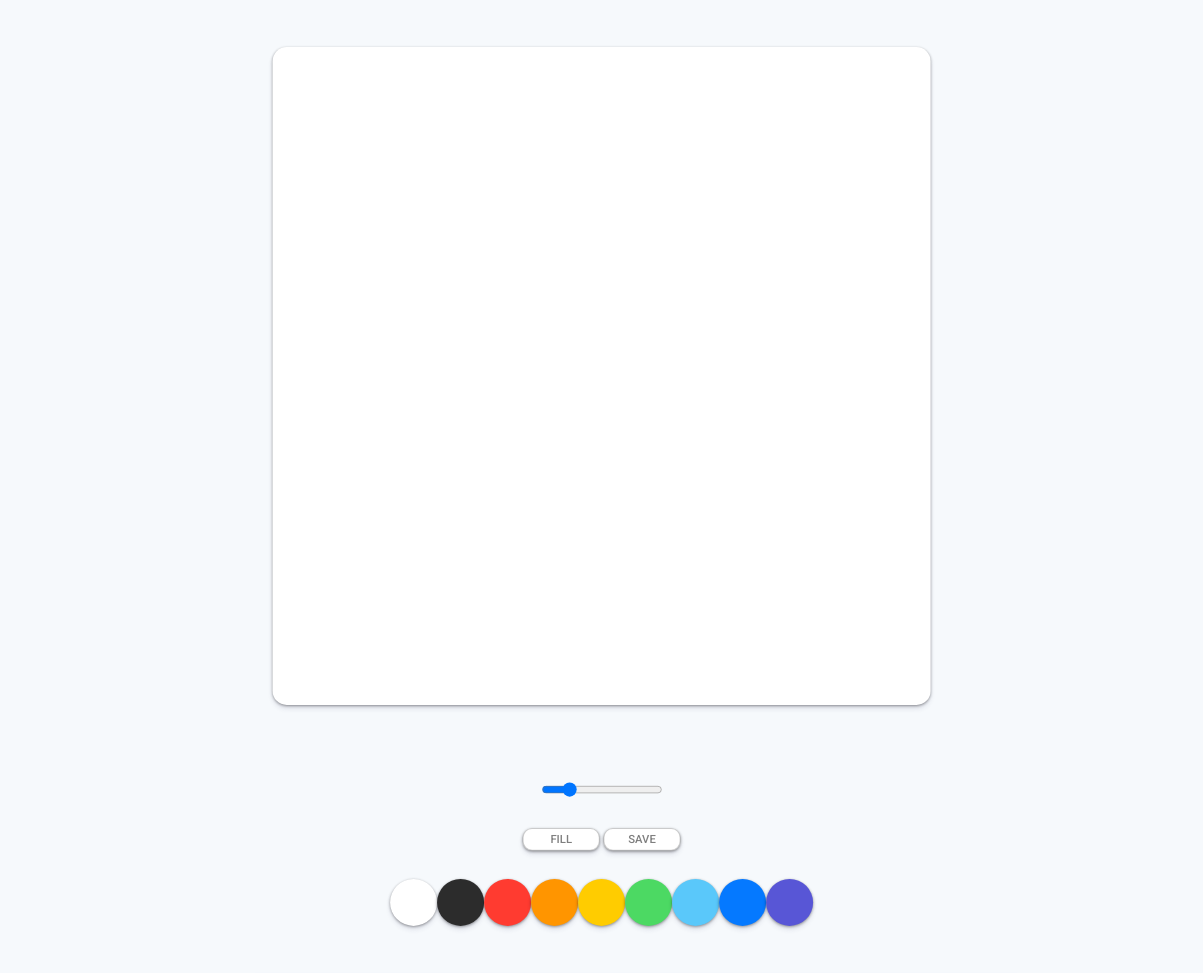
Repository: haleyjung/paintjs
Page: index.html
An editor plug-in stored every save of this project. The page is shown before and after the next save, followed by the edit.
The browser window is 1280 px wide. The pictures show the whole page, at 94% of full size.

Above is the page before, as saved 2020-11-25 23:38:46.

### index.html
<!DOCTYPE html>
<html lang="en">
<head>
    <meta charset="UTF-8">
    <meta name="viewport" content="width=device-width, initial-scale=1.0">
    <link rel="stylesheet" href="style.css" />
    <title>PaintJS</title>
</head>
<body>

    <canvas id="jsCanvas" class="canvas"></canvas>

    <div class="controls">
        <!-- Range Input -->
        <div class="controls__range">
            <input
            type="range"
            id="jsRange"
            min="0.1"
            max="10"
            value="2.5"
            steps="0.1"
            />
        </div>

        <!-- Buttons -->
        <div class="controls__btns">
            <button id="jsMode">Fill</button>
            <button id="jsSave">Save</button>
        </div>

        <!-- Paint -->
        <div class="controls__colors" id="jsColors">
            <div
                class="controls__color jsColor"
                style="background-color:white"
                ></div>
            <div
                class="controls__color jsColor"
                style="background-color:#2c2c2c"
                ></div>
            <div
                class="controls__color jsColor"
                style="background-color:#ff3b30"
                ></div>
            <div
                class="controls__color jsColor"
                style="background-color:#ff9500"
                ></div>
            <div
                class="controls__color jsColor"
                style="background-color:#ffcc00"
                ></div>
            <div
                class="controls__color jsColor"
                style="background-color:#4cd963"
                ></div>
            <div
                class="controls__color jsColor"
                style="background-color:#5ac8fa"
                ></div>
            <div
                class="controls__color jsColor"
                style="background-color:#0579ff"
                ></div>
            <div
                class="controls__color jsColor"
                style="background-color:#5856d6"
                ></div>
        </div>

    </div>

    <script src="app.js"></script>
</body>
</html>

### style.css
@import "reset.css";
@import url("https://fonts.googleapis.com/css2?family=Roboto:wght@300;400;500;700&display=swap");

body {
  background-color: #f6f9fc;
  font-family: "Roboto", sans-serif;
  display: flex;
  flex-direction: column;
  align-items: center;
  padding: 50px 0px;
}

.canvas {
  width: 700px;
  height: 700px;
  background-color: white;
  border-radius: 15px;
  box-shadow: 0 4px 6px rgba(50, 50, 93, 0.11), 0 1px 3px rgba(0, 0, 0, 0.4);
}

.controls {
  margin-top: 80px;
  display: flex;
  flex-direction: column;
  align-items: center;
}

.controls .controls__btns {
  margin-bottom: 30px;
}

.controls__btns button {
  all: unset;
  cursor: pointer;
  background-color: white;
  padding: 5px 0px;
  width: 80px;
  text-align: center;
  border-radius: 10px;
  border: 1px solid rgba(0, 0, 0, 0.2);
  color: rgba(0, 0, 0, 0.5);
  box-shadow: 0 4px 6px rgba(50, 50, 93, 0.11), 0 1px 3px rgba(0, 0, 0, 0.4);
  text-transform: uppercase;
  font-weight: 500;
  font-size: 12px;
}

.controls__btns button:active {
  transform: scale(0.98);
}

.controls .controls__colors {
  display: flex;
}

.controls__colors .controls__color {
  width: 50px;
  height: 50px;
  border-radius: 50%;
  cursor: pointer;
  box-shadow: 0 4px 6px rgba(50, 50, 93, 0.11), 0 1px 3px rgba(0, 0, 0, 0.4);
}

.controls__range {
  margin-bottom: 30px;
}

### app.js
// Detect when mouse is on top of the canvas
const canvas = document.getElementById("jsCanvas");
const ctx = canvas.getContext("2d");
const colors = document.getElementsByClassName("jsColor");
const range = document.getElementById("jsRange");
const mode = document.getElementById("jsMode");

// Give a size to the pixel modifier in addition to css
canvas.width = 700;
canvas.height = 700;

// Set the style of the stroke in canvas
ctx.strokeStyle ="#2c2c2c"
ctx.lineWidth=2.5;

let painting = false;
let filling = false;

// Stop painting when mouse leaves the canvas or we let go of it
function stopPainting(){
    painting = false;
}

function startPainting(){
    painting = true;
}

// offsetX, offsetY is the canvas area (client is the whole window)
function onMouseMove(event){
    const x = event.offsetX;
    const y = event.offsetY;
    // Create a starting point of a path(line)
    if(!painting){
        ctx.beginPath();
        ctx.moveTo(x, y);
    } else {
        ctx.lineTo(x, y);
        // Make path visible
        ctx.stroke();
    }
}

function handleColorClick(event){
    const color = event.target.style.backgroundColor;
    // Override strokestyle with color
    ctx.strokeStyle = color;
}

// Set line width according to the range
function handleRangeChange(event){
    const size = event.target.value;
    ctx.lineWidth = size;
}

// Fill <-> Paint
function handleModeClick(){
    if(filling === true) {
        filling = false;
        mode.innerText = "Fill";
    } else {
        filling = true;
        mode.innerText = "Paint";
    }
}

if(canvas){
    canvas.addEventListener("mousemove", onMouseMove);
    canvas.addEventListener("mousedown", startPainting);
    canvas.addEventListener("mouseup", stopPainting);
    canvas.addEventListener("mouseleave", stopPainting);
}

// Change strings to array and make event listener
Array.from(colors).forEach(color =>
    color.addEventListener("click", handleColorClick)
);

if(range){
    range.addEventListener("input", handleRangeChange)
};

if(mode){
    mode.addEventListener("click", handleModeClick)
};

Loaded but not shown: reset.css (common file)

After the next save:
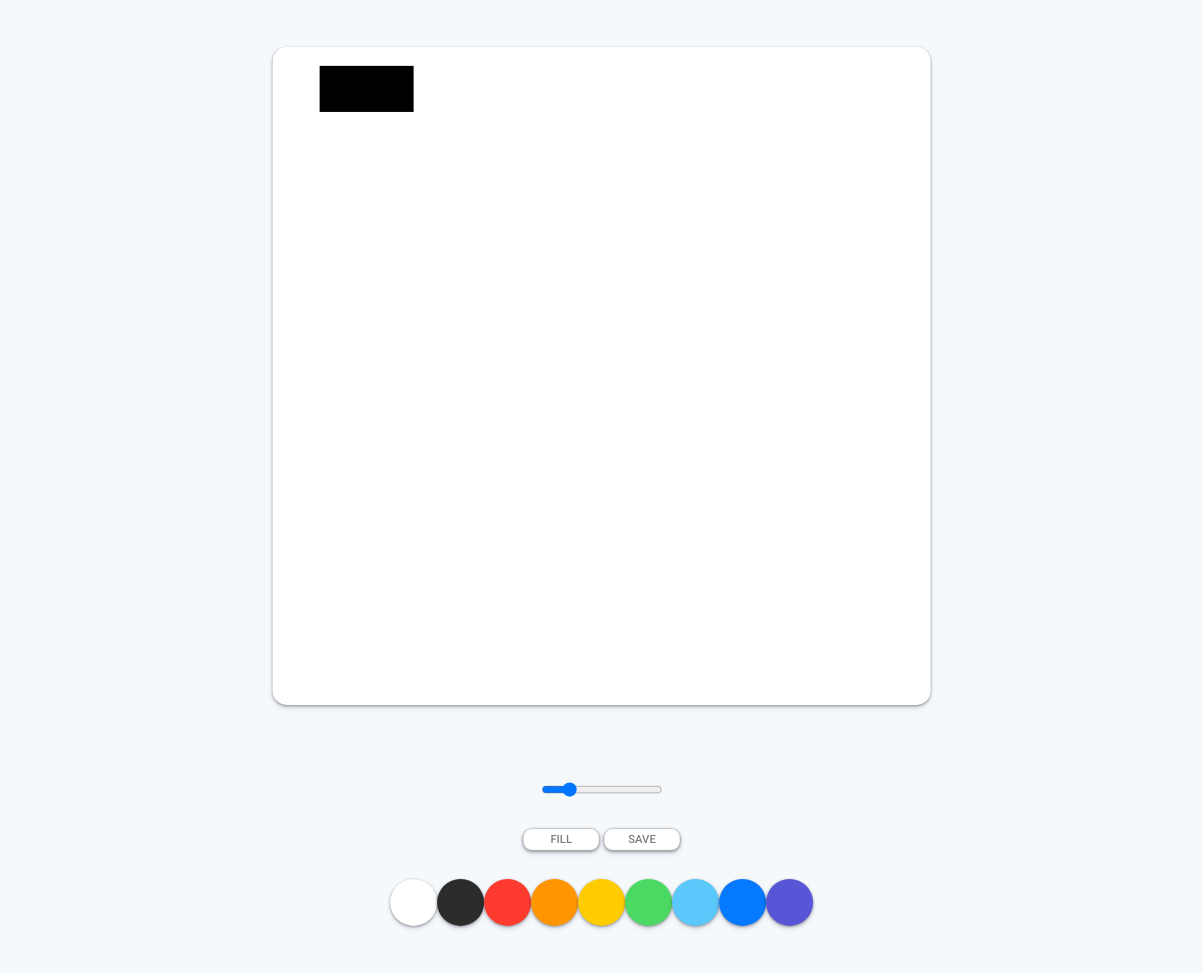
Saved 3 min 39 s later.
--- a/app.js
+++ b/app.js
@@ -12,6 +12,9 @@ canvas.height = 700;
 // Set the style of the stroke in canvas
 ctx.strokeStyle ="#2c2c2c"
 ctx.lineWidth=2.5;
+
+// Set filling the canvas with selected color
+ctx.fillRect(50, 20, 100, 49);
 
 let painting = false;
 let filling = false;
